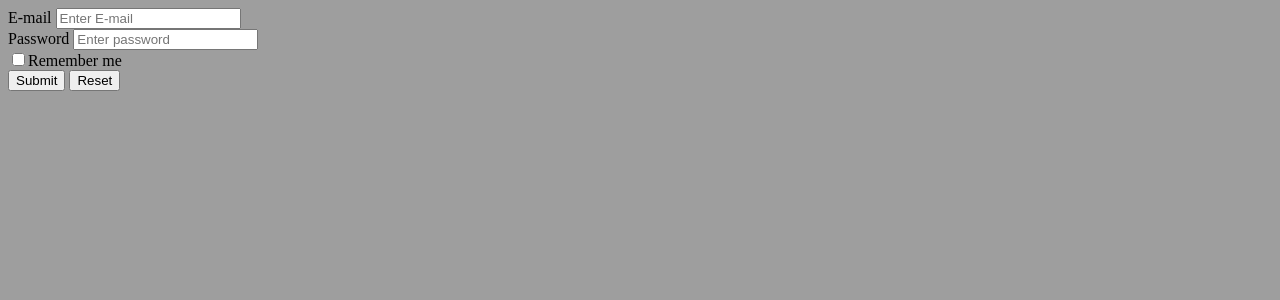
Repository: BragadeeshChandrasekar/my-bookshelf
Page: http://localhost/booksales/Login.jsp
The author's editor kept a copy of each file at every save. The page is drawn from the files as they stood at one save, then again after the next save.
The browser window is 1280 px wide. The pictures show the whole page.
The page is served by Tomcat 9. Other server files are loaded and not shown.

Above is the page before, as saved 2016-06-09 14:30:44.

### booksales/WebContent/Login.jsp
<%@ page language="java" contentType="text/html; charset=ISO-8859-1"
    pageEncoding="ISO-8859-1"%>
<!DOCTYPE html PUBLIC "-//W3C//DTD HTML 4.01 Transitional//EN" "http://www.w3.org/TR/html4/loose.dtd">
<html>
<head>
<meta http-equiv="Content-Type" content="IE=edge; charset=UTF-8">

<title>Log-In</title>

</head>
<body background="C:\Users\C Bragadeesh\Downloads\newbook.jpg">
<form class="form-inline" role="form">
<form action="http://localhost:8080/booksales/home.jsp"></form>
<div class="form-group">
<label for= "e-mail">E-mail</label>
<input type="e-mail" class="form control" id="e-mail" placeholder="Enter E-mail">
</div>
<div class="form-group">
<label for="pwd">Password</label>
<input type="password" class="form control" id="pwd" placeholder="Enter password">
</div>
<div class="checkbox">
<label><input type="checkbox">Remember me</label></div>
<button type="submit" class="btn btn primary" on click="C:\Users\C Bragadeesh\Downloads\newbook.jpg">Submit</button>
<button type="clear" class="btn btn danger">Reset</button>
</form>
</body>
</html>

After the next save:
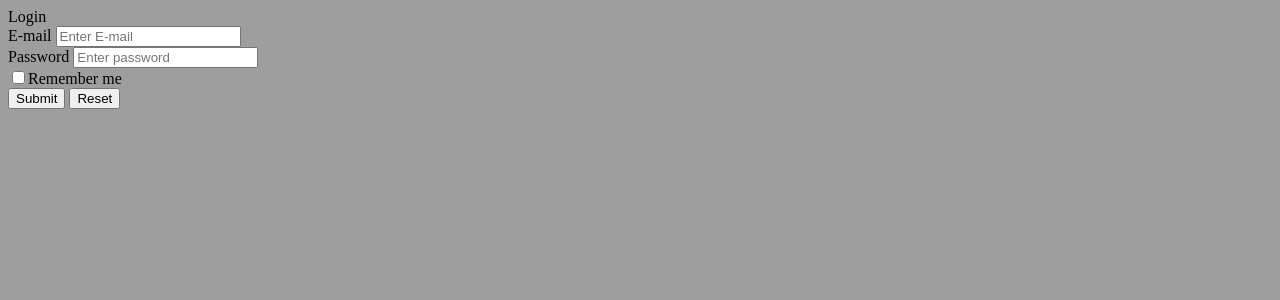
Saved 6 min 11 s later.
--- a/booksales/WebContent/Login.jsp
+++ b/booksales/WebContent/Login.jsp
@@ -11,6 +11,7 @@
 <body background="C:\Users\C Bragadeesh\Downloads\newbook.jpg">
 <form class="form-inline" role="form">
 <form action="http://localhost:8080/booksales/home.jsp"></form>
+<div class="container">Login</div>
 <div class="form-group">
 <label for= "e-mail">E-mail</label>
 <input type="e-mail" class="form control" id="e-mail" placeholder="Enter E-mail">
